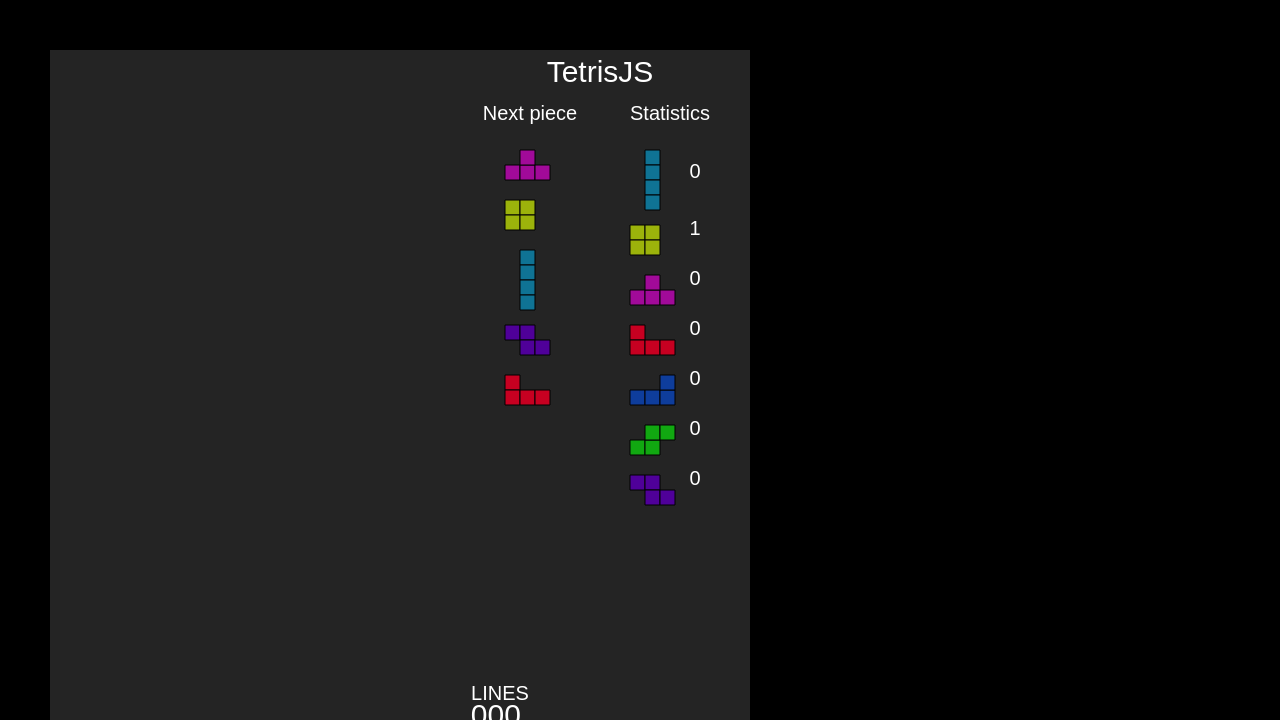
Repository: hosua/TetrisJS
Page: index.html
The author's editor kept a copy of each file at every save. The page is drawn from the files as they stood at one save, then again after the next save.
The browser window is 1280 px wide. The pictures show the whole page.

Above is the page before, as saved 2023-11-07 20:12:07.
Console error: TypeError: Cannot read properties of undefined (reading 'toString')

After the next save:
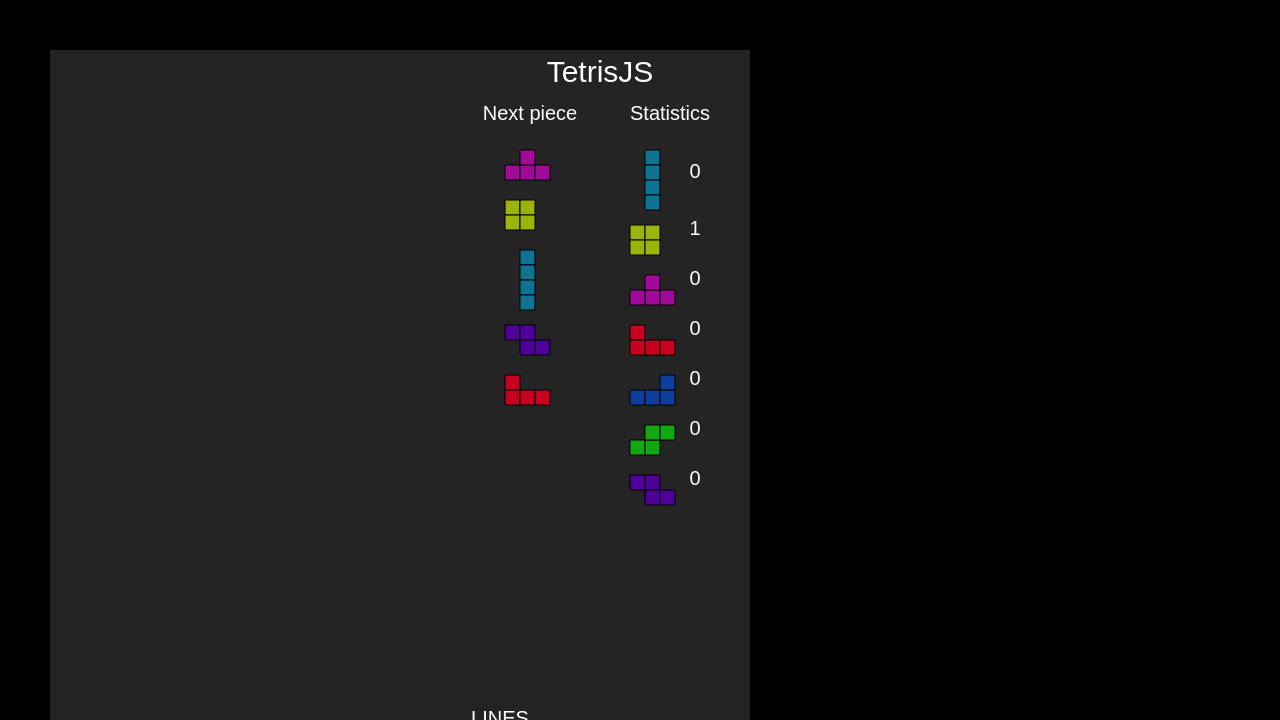
Saved 11 s later.
--- a/src/Tetris.js
+++ b/src/Tetris.js
@@ -554,7 +554,7 @@
 
 	draw_lines_cleared(tetris) { // also displays tetris count
 		let x = this.ui_offset + 100;
-		let y = 650;
+		let y = 675;
 		let y_inc = 25;
 		this.draw_ui_text(`LINES`, 20, x - 50, y);
 		this.draw_ui_text(`${tetris.lines_cleared.toString().padStart(3, '0')} `, 30, x - 50, y + y_inc);
